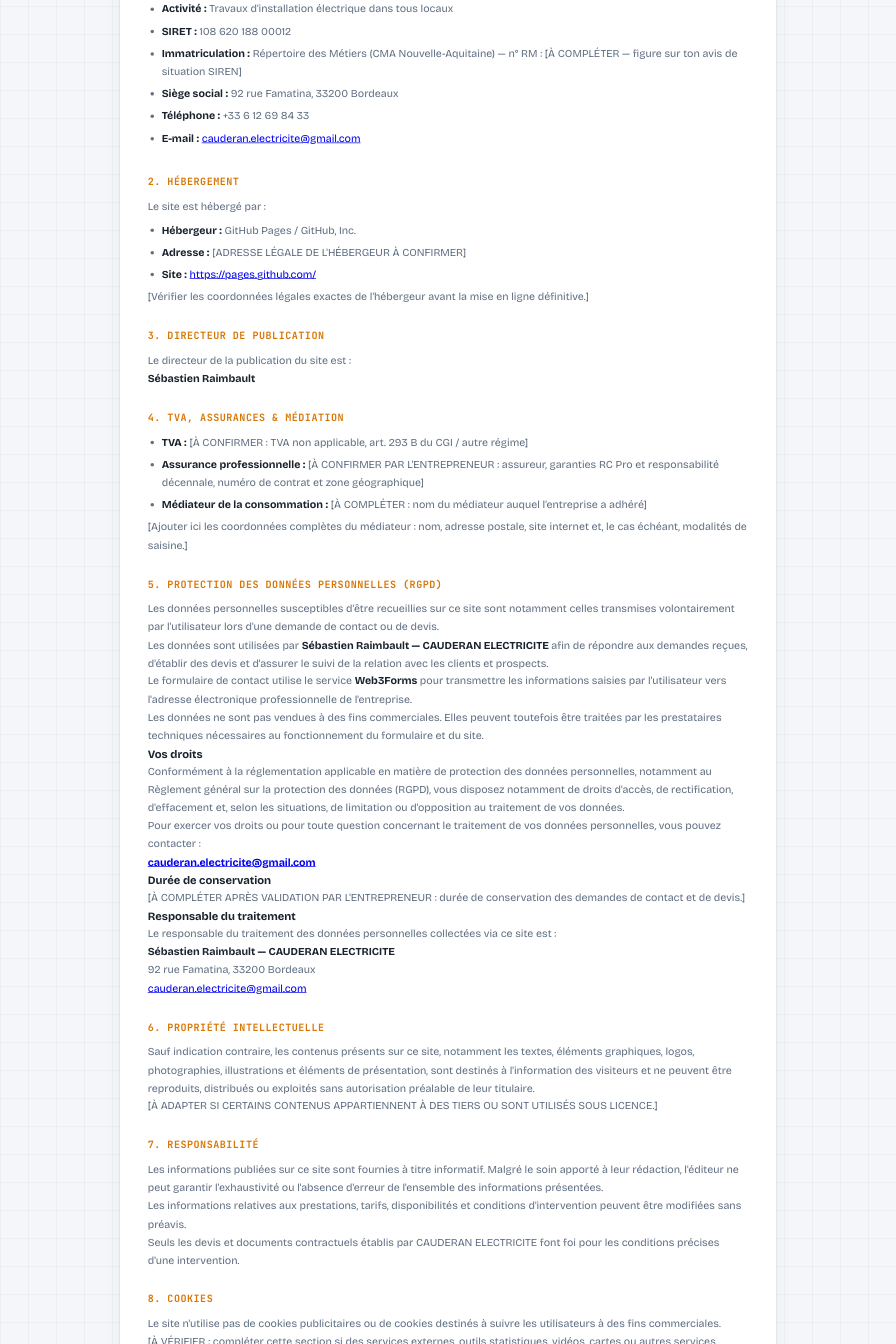
Repository: cauderanelectricite/cauderanelectricite.github.io
Page: mentions-legales.html
The author's editor kept a copy of each file at every save. The page is drawn from the files as they stood at one save, then again after the next save.
The browser window is 1280 px wide. The pictures show the part of the page from y = 592 to 2512 px (the page is 2796 px tall before and 2683 px after), at 70% of full size.

Above is the page before, as saved 2026-09-29 20:41:08.

After the next save:
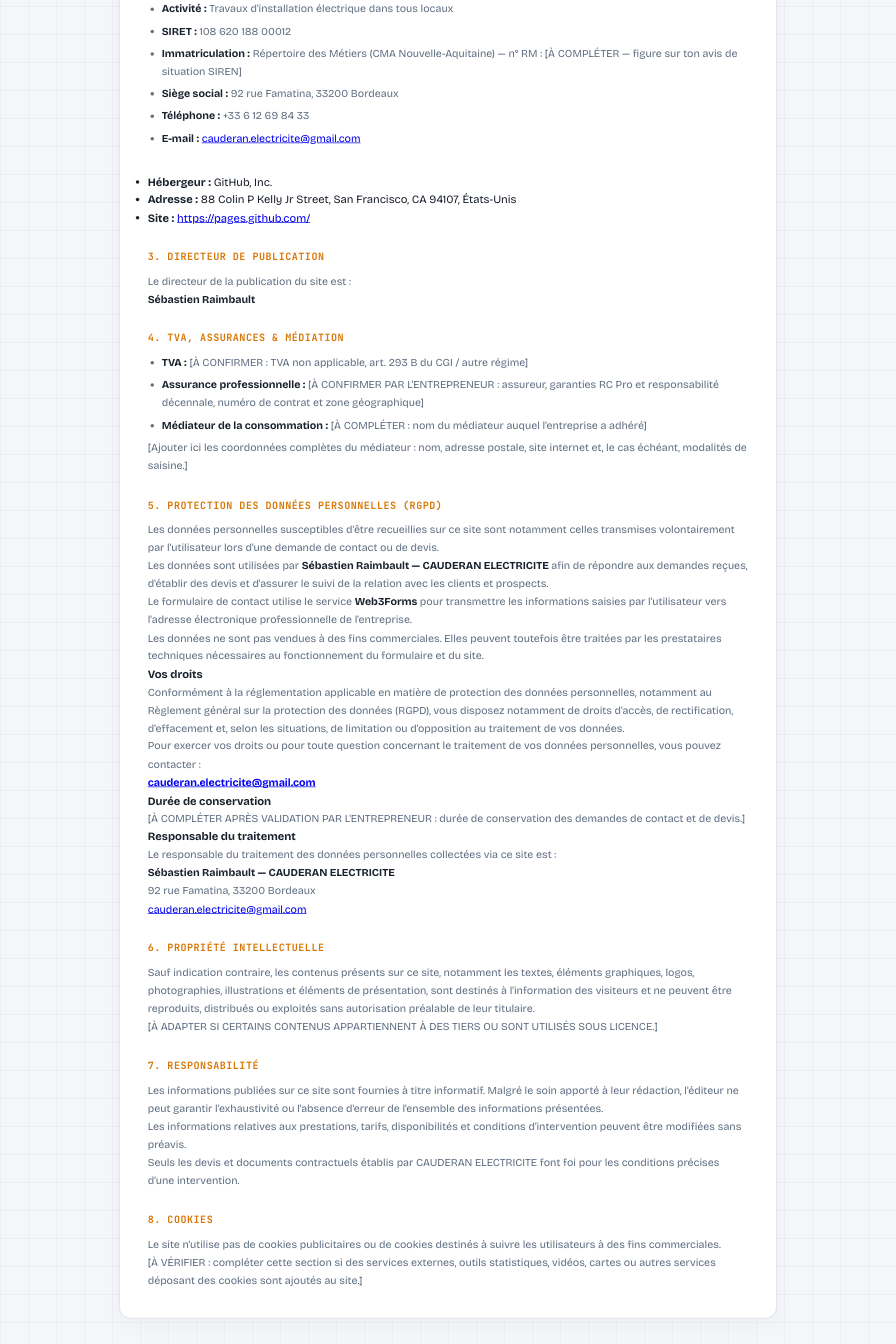
Saved 19 s later.
--- a/mentions-legales.html
+++ b/mentions-legales.html
@@ -156,46 +156,11 @@
                 <!-- 2. HÉBERGEMENT -->
                 <!-- ===================================================== -->
 
-                <div class="legal-section">
-
-                    <h3>
-                        2. Hébergement
-                    </h3>
-
-                    <p>
-                        Le site est hébergé par :
-                    </p>
-
-                    <ul>
-
-                        <li>
-                            <strong>Hébergeur :</strong>
-                            GitHub Pages / GitHub, Inc.
-                        </li>
-
-                        <li>
-                            <strong>Adresse :</strong>
-                            <span class="placeholder">
-                                [ADRESSE LÉGALE DE L'HÉBERGEUR À CONFIRMER]
-                            </span>
-                        </li>
-
-                        <li>
-                            <strong>Site :</strong>
-                            <a href="https://pages.github.com/" target="_blank" rel="noopener">
-                                https://pages.github.com/
-                            </a>
-                        </li>
-
-                    </ul>
-
-                    <p class="placeholder">
-                        [Vérifier les coordonnées légales exactes de l'hébergeur
-                        avant la mise en ligne définitive.]
-                    </p>
-
-                </div>
-
+ <ul>
+  <li><strong>Hébergeur :</strong> GitHub, Inc.</li>
+  <li><strong>Adresse :</strong> 88 Colin P Kelly Jr Street, San Francisco, CA 94107, États-Unis</li>
+  <li><strong>Site :</strong> <a href="https://pages.github.com/" target="_blank" rel="noopener">https://pages.github.com/</a></li>
+</ul>
 
                 <!-- ===================================================== -->
                 <!-- 3. DIRECTEUR DE PUBLICATION -->

After the save that followed:
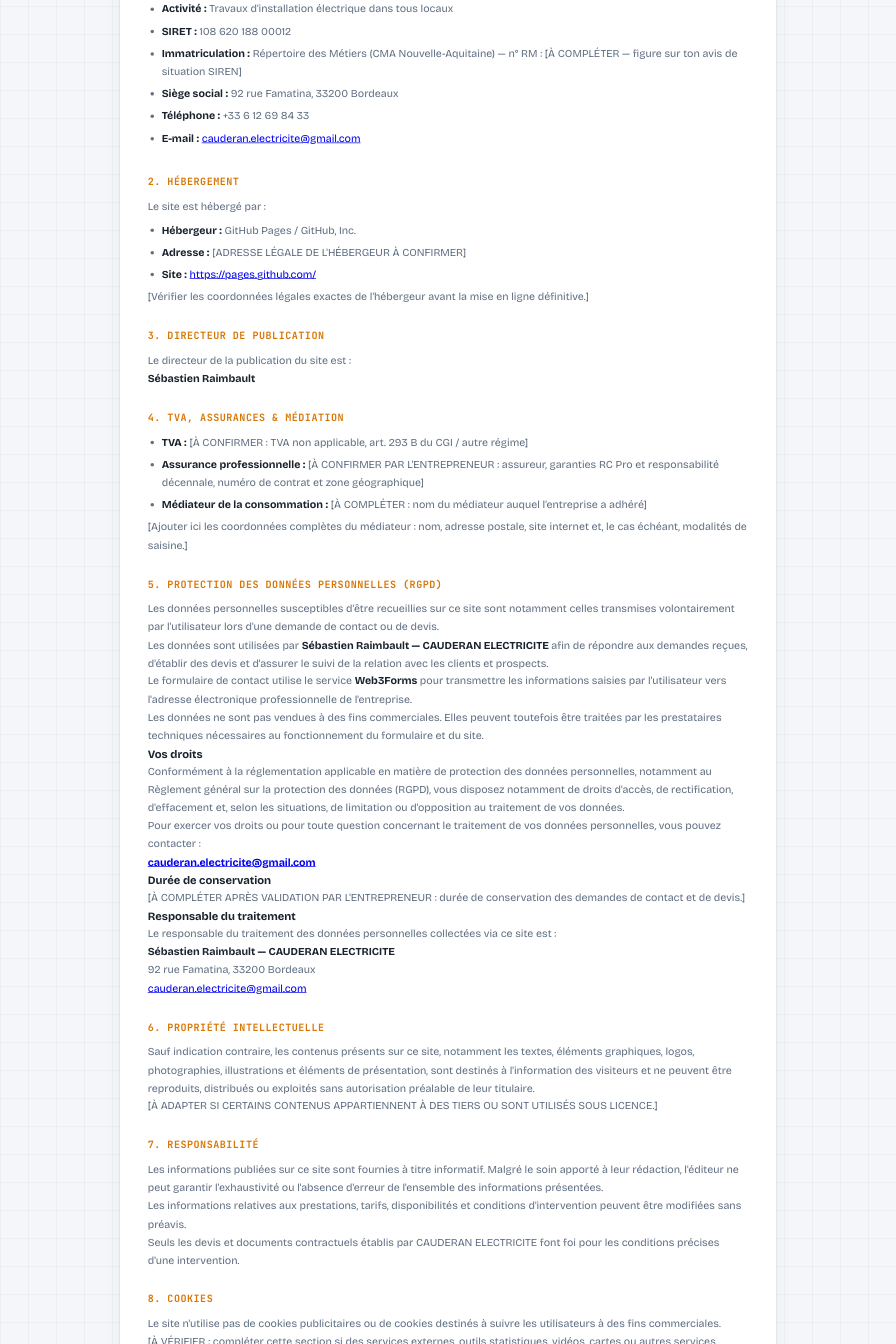
Saved 4 s later.
--- a/mentions-legales.html
+++ b/mentions-legales.html
@@ -156,11 +156,46 @@
                 <!-- 2. HÉBERGEMENT -->
                 <!-- ===================================================== -->
 
- <ul>
-  <li><strong>Hébergeur :</strong> GitHub, Inc.</li>
-  <li><strong>Adresse :</strong> 88 Colin P Kelly Jr Street, San Francisco, CA 94107, États-Unis</li>
-  <li><strong>Site :</strong> <a href="https://pages.github.com/" target="_blank" rel="noopener">https://pages.github.com/</a></li>
-</ul>
+                <div class="legal-section">
+
+                    <h3>
+                        2. Hébergement
+                    </h3>
+
+                    <p>
+                        Le site est hébergé par :
+                    </p>
+
+                    <ul>
+
+                        <li>
+                            <strong>Hébergeur :</strong>
+                            GitHub Pages / GitHub, Inc.
+                        </li>
+
+                        <li>
+                            <strong>Adresse :</strong>
+                            <span class="placeholder">
+                                [ADRESSE LÉGALE DE L'HÉBERGEUR À CONFIRMER]
+                            </span>
+                        </li>
+
+                        <li>
+                            <strong>Site :</strong>
+                            <a href="https://pages.github.com/" target="_blank" rel="noopener">
+                                https://pages.github.com/
+                            </a>
+                        </li>
+
+                    </ul>
+
+                    <p class="placeholder">
+                        [Vérifier les coordonnées légales exactes de l'hébergeur
+                        avant la mise en ligne définitive.]
+                    </p>
+
+                </div>
+
 
                 <!-- ===================================================== -->
                 <!-- 3. DIRECTEUR DE PUBLICATION -->
